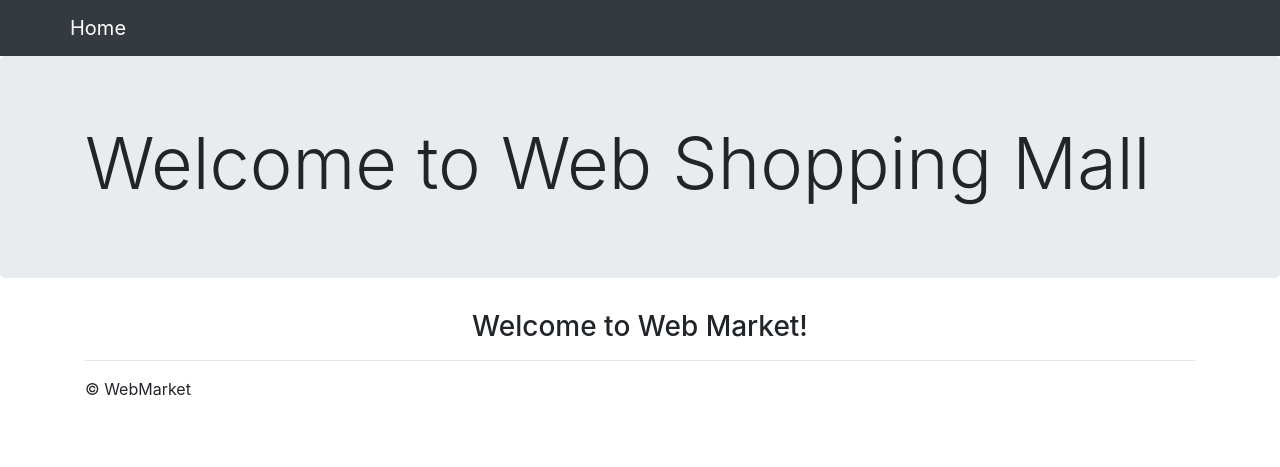
Repository: freedomseok8047/jsp
Page: http://localhost/WebMarket/welcome.jsp
An editor plug-in stored every save of this project. The page is shown before and after the next save, followed by the edit.
The browser window is 1280 px wide. The pictures show the whole page.
The page is served by Tomcat 9.

Above is the page before, as saved 2023-08-23 03:40:25.

After the next save:
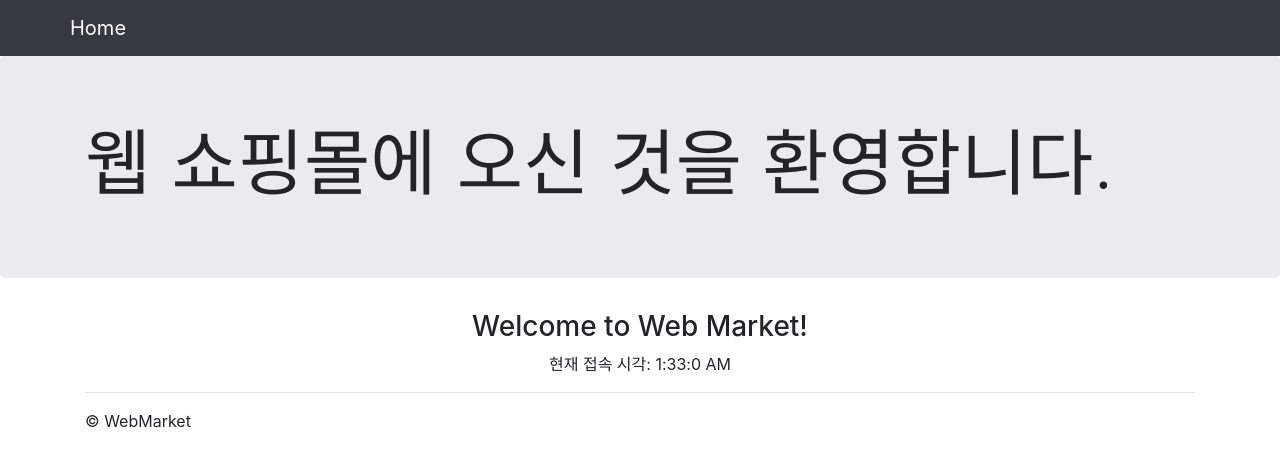
Saved 80 min 43 s later.
--- a/WebMarket/src/main/webapp/welcome.jsp
+++ b/WebMarket/src/main/webapp/welcome.jsp
@@ -1,5 +1,6 @@
-<%@ page language="java" contentType="text/html; charset=EUC-KR"
-	pageEncoding="EUC-KR"%>
+<%@ page language="java" contentType="text/html; charset=utf-8"
+	pageEncoding="utf-8"%>
+<%@ page import="java.util.Date"%>
 <!DOCTYPE html>
 <html>
 <head>
@@ -12,6 +13,8 @@
 
 </head>
 <body>
+	<%!String greeting = "웹 쇼핑몰에 오신 것을 환영합니다.";
+	String tagline = "Welcome to Web Market!";%>
 	<nav class="navbar navbar-expand navbar-dark bg-dark">
 		<div class="container">
 			<div class=" navbar-header">
@@ -19,9 +22,6 @@
 			</div>
 		</div>
 	</nav>
-
-	<%!String greeting = "Welcome to Web Shopping Mall";
-	String tagline = "Welcome to Web Market!";%>
 	<div class="jumbotron">
 		<div class="container">
 			<h1 class="display-3">
@@ -32,13 +32,27 @@
 	<div class="container">
 		<div class="text-center">
 			<h3>
-			<%=tagline%>
+				<%=tagline%>
 			</h3>
+			<% Date day = new java.util.Date();
+			String am_pm;
+			int hr = day.getHours();
+			int min = day.getMinutes();
+			int sec = day.getSeconds();
+			if (hr/12 == 0 ){
+				am_pm = "AM";
+			}else{
+				am_pm = "PM";
+				hr = hr - 12;
+			}
+			String CT = hr + ":" + min + ":" + sec + " " + am_pm;
+			out.print("현재 접속 시각: " + CT + "\n");
+			%>
 		</div>
 		<hr>
 	</div>
-	<footer class =  "container">
-	 <p>&copy; WebMarket</p>
+	<footer class="container">
+		<p>&copy; WebMarket</p>
 	</footer>
 </body>
 </html>
